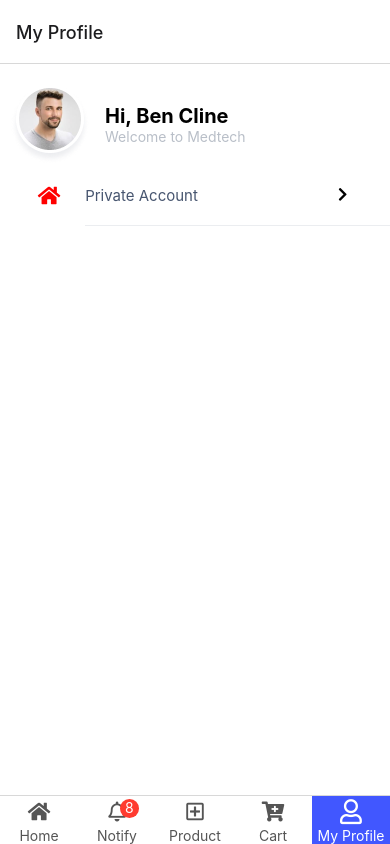
Repository: ntu34543/designReactNative
Screen: /My Profile
The author's editor kept a copy of each file at every save. The screen is drawn from the files as they stood at one save, then again after a run of saves.
The app was drawn by React Native's web renderer in a window 390 px wide. The project was rebuilt for these pictures with package versions that can differ from the ones it lists, and the page was loaded fresh each time. Also part of the build but not shown: page/DiabetesCare.js, page/Notify.js, page/Cart.js.

Above is the screen before, as saved 2022-11-02 10:56:12.

After the next 2 saves:
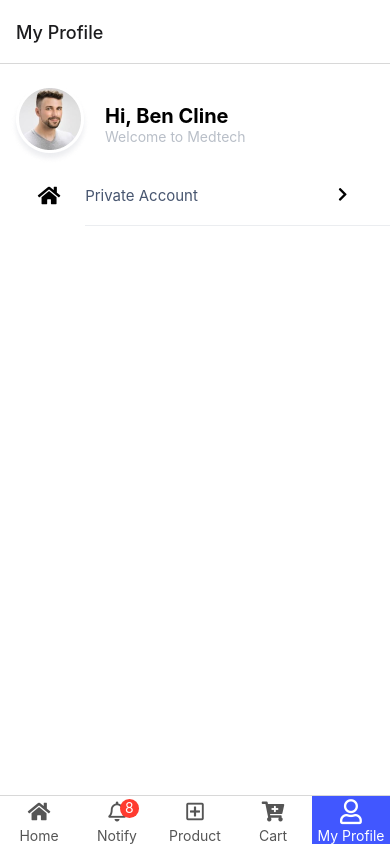
The 2 saves are shown as one change because they came seconds apart.
The last was saved 25 s later.
--- a/page/Profile.js
+++ b/page/Profile.js
@@ -31,7 +31,7 @@ export default function Profile({ navigation }) {
       </View>
       <View style={styles.main}>
         <View style={styles.block}>
-          <FontAwesome5 name="home" size={20} color="red" style={styles.iconHome} />
+          <FontAwesome5 name="home" size={20} style={styles.iconHome} />
           <View style={styles.item}>
             <Text style={styles.text3}>Private Account</Text>
             <FontAwesome5 name="chevron-right" size={15} color="black" style={styles.iconChevron} />
